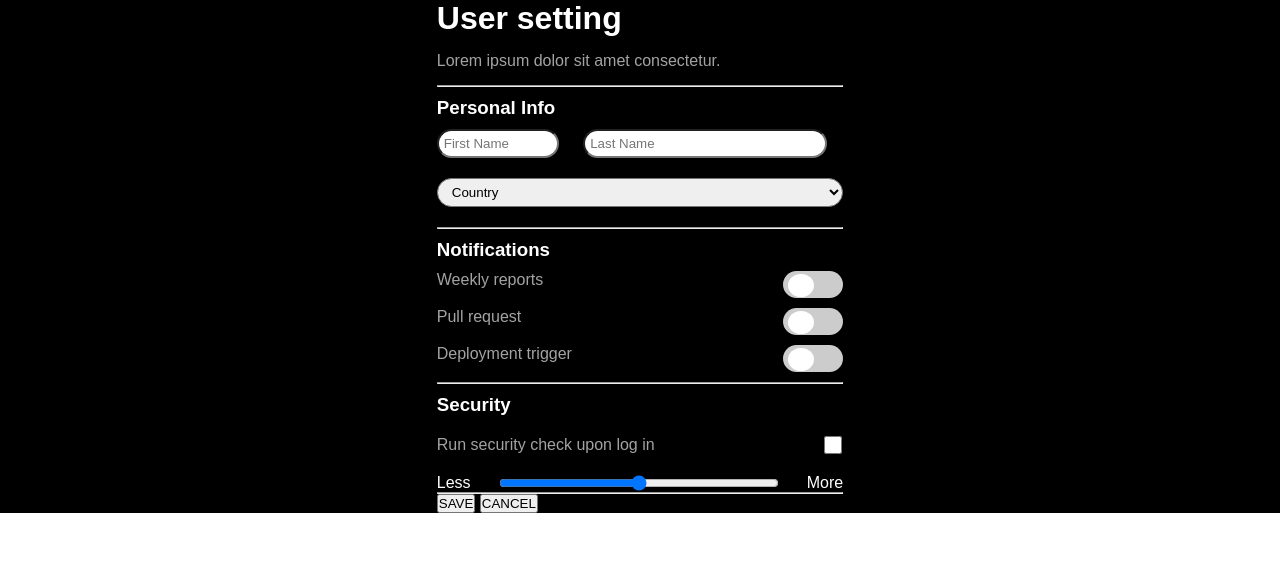
Repository: imokha01/DOM
Page: index.html
An editor plug-in stored every save of this project. The page is shown before and after the next save, followed by the edit.
The browser window is 1280 px wide. The pictures show the whole page.

Above is the page before, as saved 2023-12-19 17:58:37.

After the next save:
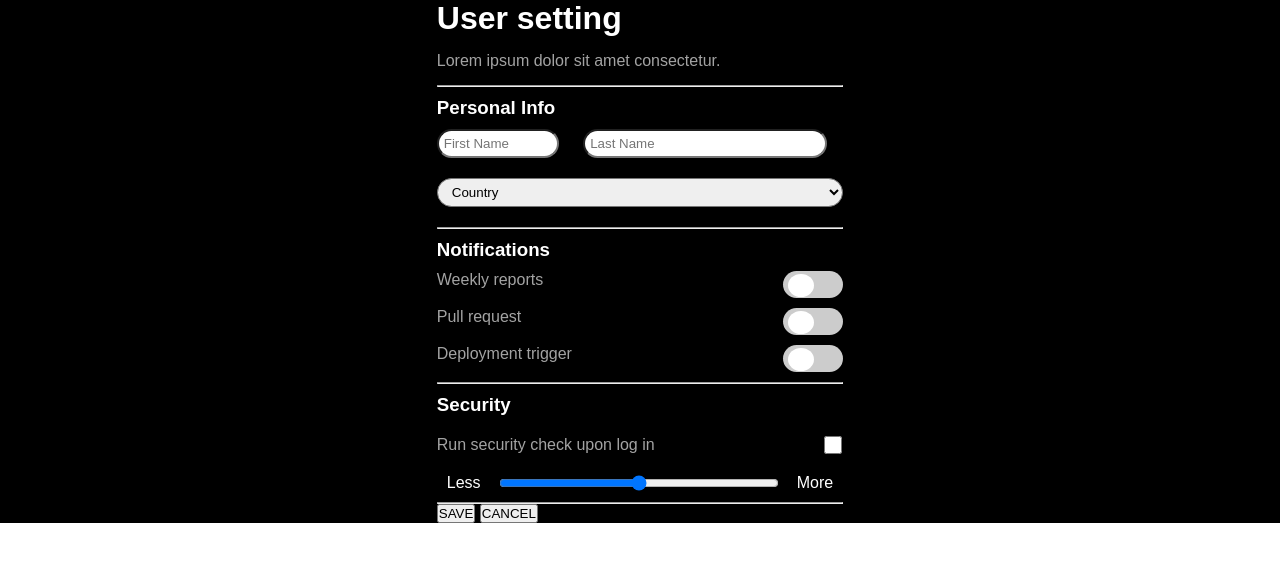
Saved 82 s later.
--- a/index.css
+++ b/index.css
@@ -78,7 +78,7 @@ option {
     width: 100%;
     display: flex;
     justify-content: space-between;
-    padding-top: 10px;
+    padding: 10px;
 }
 
 #range {
